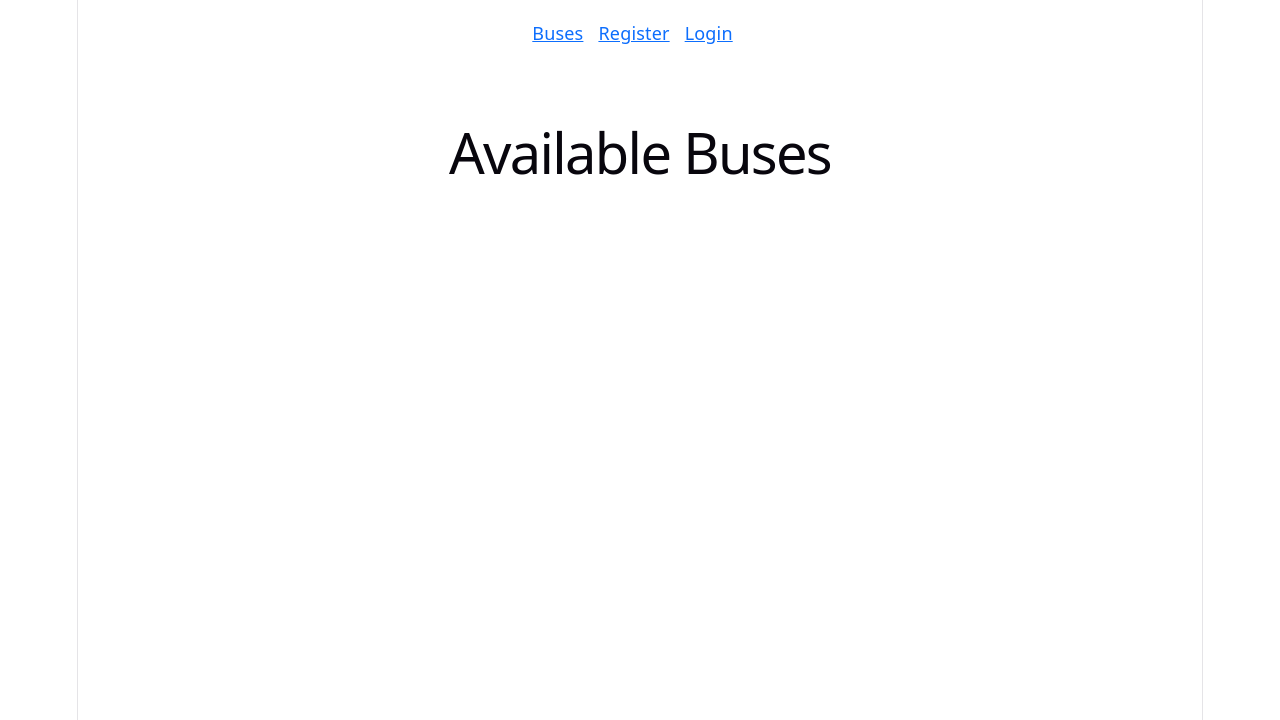
Repository: Eswarabhinay06/Bus-Reservation-System
Page: / (app in AIML-09-Bus-Reservation-System-main/bus-reservation-frontend/)
The author's editor kept a copy of each file at every save. The page is drawn from the files as they stood at one save, then again after a run of saves.
The browser window is 1280 px wide. The pictures show the whole page.
The page's requests for data from a server got no answer. The project was rebuilt for these pictures with package versions that can differ from the ones it lists, and the page was loaded fresh each time. No one was signed in, and anything a server would have sent is missing. Also part of the build but not shown: AIML-09-Bus-Reservation-System-main/bus-reservation-frontend/vite.config.js, AIML-09-Bus-Reservation-System-main/bus-reservation-frontend/src/pages/Register.jsx, AIML-09-Bus-Reservation-System-main/bus-reservation-frontend/src/pages/Login.jsx, AIML-09-Bus-Reservation-System-main/bus-reservation-frontend/src/pages/MyBookings.jsx.

Above is the page before, as saved 2026-07-13 14:55:54.

After the next 2 saves:
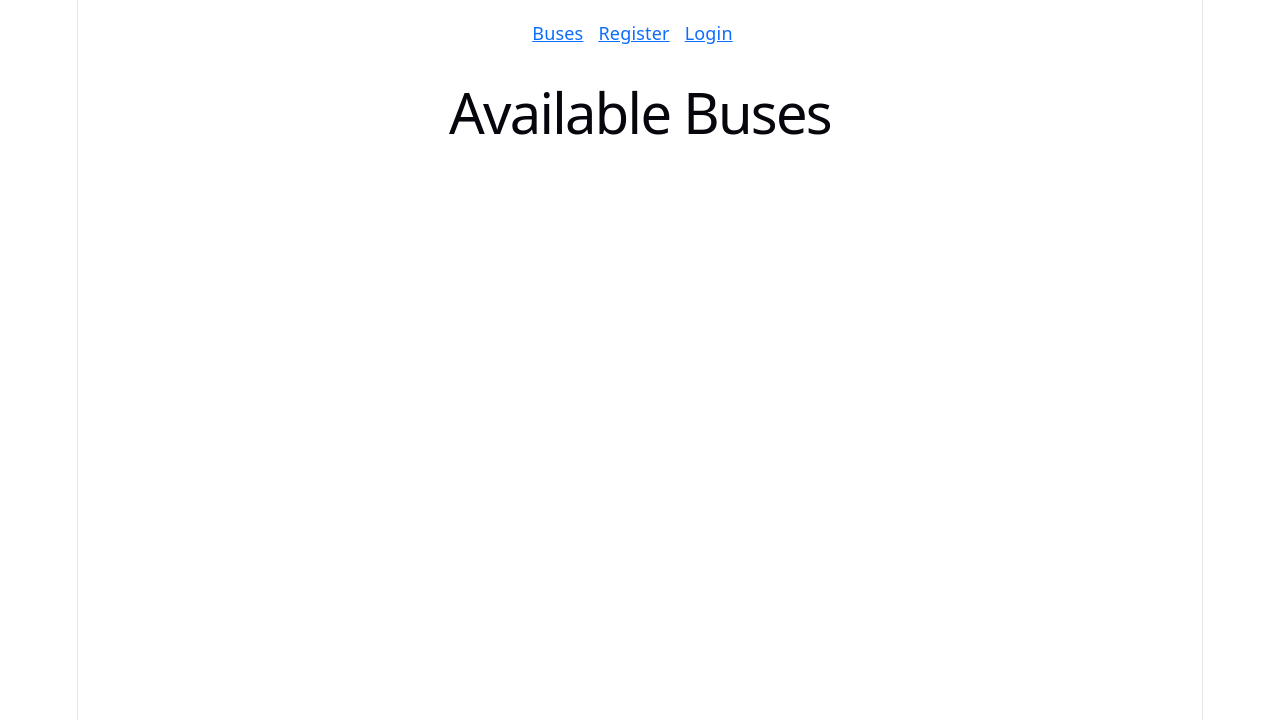
The 2 saves are shown as one change because 1 did not build or start.
The last was saved 2 min 3 s later.
--- a/AIML-09-Bus-Reservation-System-main/bus-reservation-frontend/src/pages/SearchBus.jsx
+++ b/AIML-09-Bus-Reservation-System-main/bus-reservation-frontend/src/pages/SearchBus.jsx
@@ -45,39 +45,37 @@ function SearchBus() {
   };
 
   return (
-    <div style={{ padding: "20px" }}>
-      <h1 style={{ textAlign: "center" }}>Available Buses</h1>
+  <div className="container mt-4">
+    <h1 className="text-center mb-4">Available Buses</h1>
 
+    <div className="row">
       {buses.map((bus) => (
-        <div
-          key={bus.id}
-          style={{
-            border: "1px solid #ccc",
-            padding: "20px",
-            marginBottom: "20px",
-            borderRadius: "10px",
-          }}
-        >
-          <h2>{bus.busName}</h2>
+        <div className="col-md-6 mb-4" key={bus.id}>
+          <div className="card h-100">
+            <div className="card-body">
+              <h3 className="card-title">{bus.busName}</h3>
 
-          <p><b>Bus Number:</b> {bus.busNumber}</p>
-          <p><b>Route:</b> {bus.source} → {bus.destination}</p>
-          <p><b>Departure:</b> {bus.departureTime}</p>
-          <p><b>Arrival:</b> {bus.arrivalTime}</p>
-          <p><b>Fare:</b> ₹{bus.fare}</p>
-          <p><b>Available Seats:</b> {bus.availableSeats}</p>
+              <p><strong>Bus Number:</strong> {bus.busNumber}</p>
+              <p><strong>Route:</strong> {bus.source} → {bus.destination}</p>
+              <p><strong>Departure:</strong> {bus.departureTime}</p>
+              <p><strong>Arrival:</strong> {bus.arrivalTime}</p>
+              <p><strong>Fare:</strong> ₹{bus.fare}</p>
+              <p><strong>Available Seats:</strong> {bus.availableSeats}</p>
 
-          <button
-  className={`btn ${bus.availableSeats > 0 ? "btn-primary" : "btn-secondary"}`}
-  onClick={() => bookTicket(bus.id)}
-  disabled={bus.availableSeats <= 0}
->
-  {bus.availableSeats > 0 ? "Book Ticket" : "Sold Out"}
-</button>
+              <button
+                className={`btn ${bus.availableSeats > 0 ? "btn-primary" : "btn-secondary"}`}
+                onClick={() => bookTicket(bus.id)}
+                disabled={bus.availableSeats <= 0}
+              >
+                {bus.availableSeats > 0 ? "Book Ticket" : "Sold Out"}
+              </button>
+            </div>
+          </div>
         </div>
       ))}
     </div>
-  );
+  </div>
+);
 }
 
 export default SearchBus;
